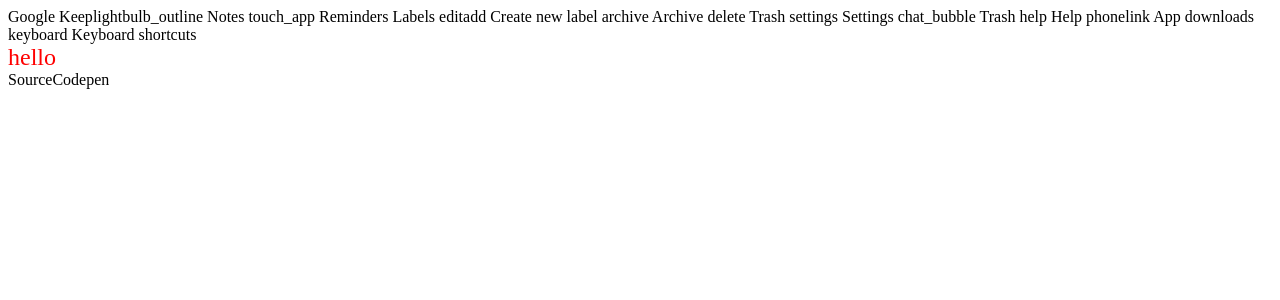
Repository: ShunsukeTanizaki/app_Gourmet_search
Page: /event
An editor plug-in stored every save of this project. The page is shown before and after the next save, followed by the edit.
The browser window is 1280 px wide. The pictures show the whole page.
The project was rebuilt for these pictures with package versions that can differ from the ones it lists, and the page was loaded fresh each time. The framework's server and built-in components were replaced by stand-ins that run in the browser. Also part of the build but not shown: nuxt.config.js, layouts/default.vue.

Above is the page before, as saved 2020-02-08 14:30:49.

### layouts/admin.vue
<template>
  <v-app id="keep">
    <v-app-bar
      app
      clipped-left
      color="amber"
    >
      <v-app-bar-nav-icon @click="drawer = !drawer" />
      <span class="title ml-3 mr-5">Google&nbsp;<span class="font-weight-light">Keep</span></span>
      <v-text-field
        solo-inverted
        flat
        hide-details
        label="Search"
        prepend-inner-icon="search"
      />

      <v-spacer />
    </v-app-bar>

    <v-navigation-drawer
      v-model="drawer"
      app
      clipped
      color="grey lighten-4"
    >
      <v-list
        dense
        class="grey lighten-4"
      >
        <template v-for="(item, i) in items">
          <v-row
            v-if="item.heading"
            :key="i"
            align="center"
          >
            <v-col cols="6">
              <v-subheader v-if="item.heading">
                {{ item.heading }}
              </v-subheader>
            </v-col>
            <v-col
              cols="6"
              class="text-right"
            >
              <v-btn
                small
                text
              >edit</v-btn>
            </v-col>
          </v-row>
          <v-divider
            v-else-if="item.divider"
            :key="i"
            dark
            class="my-4"
          />
          <v-list-item
            v-else
            :key="i"
            link
          >
            <v-list-item-action>
              <v-icon>{{ item.icon }}</v-icon>
            </v-list-item-action>
            <v-list-item-content>
              <v-list-item-title class="grey--text">
                {{ item.text }}
              </v-list-item-title>
            </v-list-item-content>
          </v-list-item>
        </template>
      </v-list>
    </v-navigation-drawer>

    <v-content>
      <v-container
        fluid
        class="grey lighten-4 fill-height"
      >
      <nuxt/>
        <v-row
          justify="center"
          align="center"
        >
          <v-col class="shrink">
            <v-tooltip right>
              <template v-slot:activator="{ on }">
                <v-btn
                  :href="source"
                  icon
                  large
                  target="_blank"
                  v-on="on"
                >
                  <v-icon large>mdi-code-tags</v-icon>
                </v-btn>
              </template>
              <span>Source</span>
            </v-tooltip>
            <v-tooltip right>
              <template v-slot:activator="{ on }">
                <v-btn
                  icon
                  large
                  href="https://codepen.io/johnjleider/pen/zgxbYO"
                  target="_blank"
                  v-on="on"
                >
                  <v-icon large>mdi-codepen</v-icon>
                </v-btn>
              </template>
              <span>Codepen</span>
            </v-tooltip>
          </v-col>
        </v-row>
      </v-container>
    </v-content>
  </v-app>
</template>

<script>
  export default {
    props: {
      source: String
    },
    data: () => ({
      drawer: null,
      items: [
        { icon: 'lightbulb_outline', text: 'Notes' },
        { icon: 'touch_app', text: 'Reminders' },
        { divider: true },
        { heading: 'Labels' },
        { icon: 'add', text: 'Create new label' },
        { divider: true },
        { icon: 'archive', text: 'Archive' },
        { icon: 'delete', text: 'Trash' },
        { divider: true },
        { icon: 'settings', text: 'Settings' },
        { icon: 'chat_bubble', text: 'Trash' },
        { icon: 'help', text: 'Help' },
        { icon: 'phonelink', text: 'App downloads' },
        { icon: 'keyboard', text: 'Keyboard shortcuts' }
      ]
    })
  }
</script>

<style>
#keep .v-navigation-drawer__border {
  display: none
}
</style>

### pages/event.vue
<template>
  <div class="main">
    hello
  </div>
</template>

<style scoped>
  div {
    color: red;
  }
  .main {
    font-size: x-large;
  }
</style>

<script>
export default {
  layout: 'admin'
}
</script>

Loaded but not shown: store/index.js (common file)

After the next save:
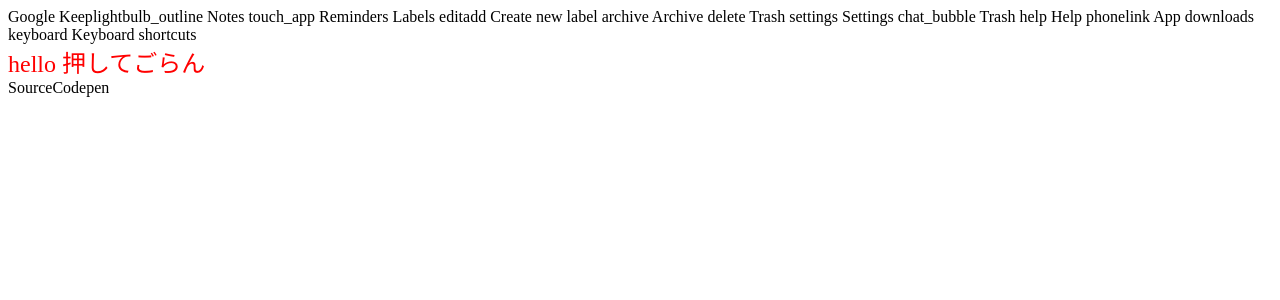
Saved 5 min 25 s later.
--- a/pages/event.vue
+++ b/pages/event.vue
@@ -1,6 +1,7 @@
 <template>
   <div class="main">
     hello
+    <v-butto>押してごらん</v-butto>
   </div>
 </template>
 
